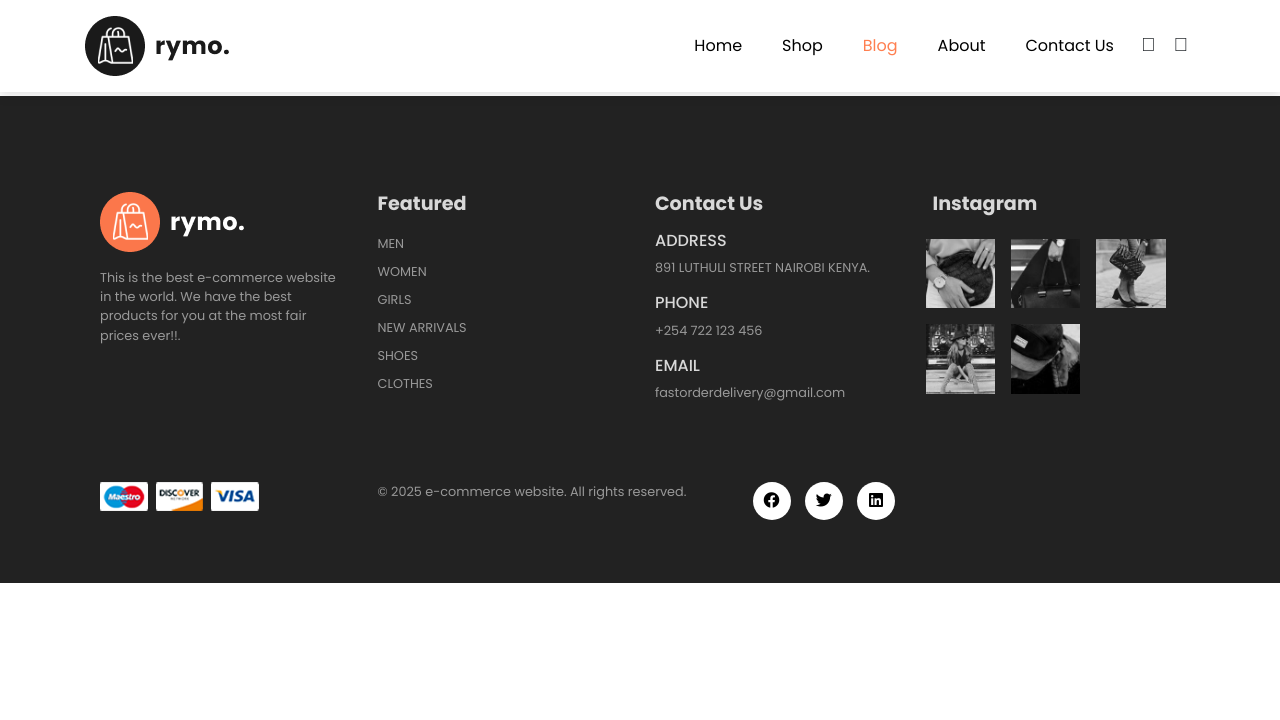
Repository: peter417waweru/e-commerce-UI
Page: blog.html
An editor plug-in stored every save of this project. The page is shown before and after the next save, followed by the edit.
The browser window is 1280 px wide. The pictures show the whole page.
Some web libraries are served in a nearby version.

Above is the page before, as saved 2025-02-09 07:31:08.

After the next save:
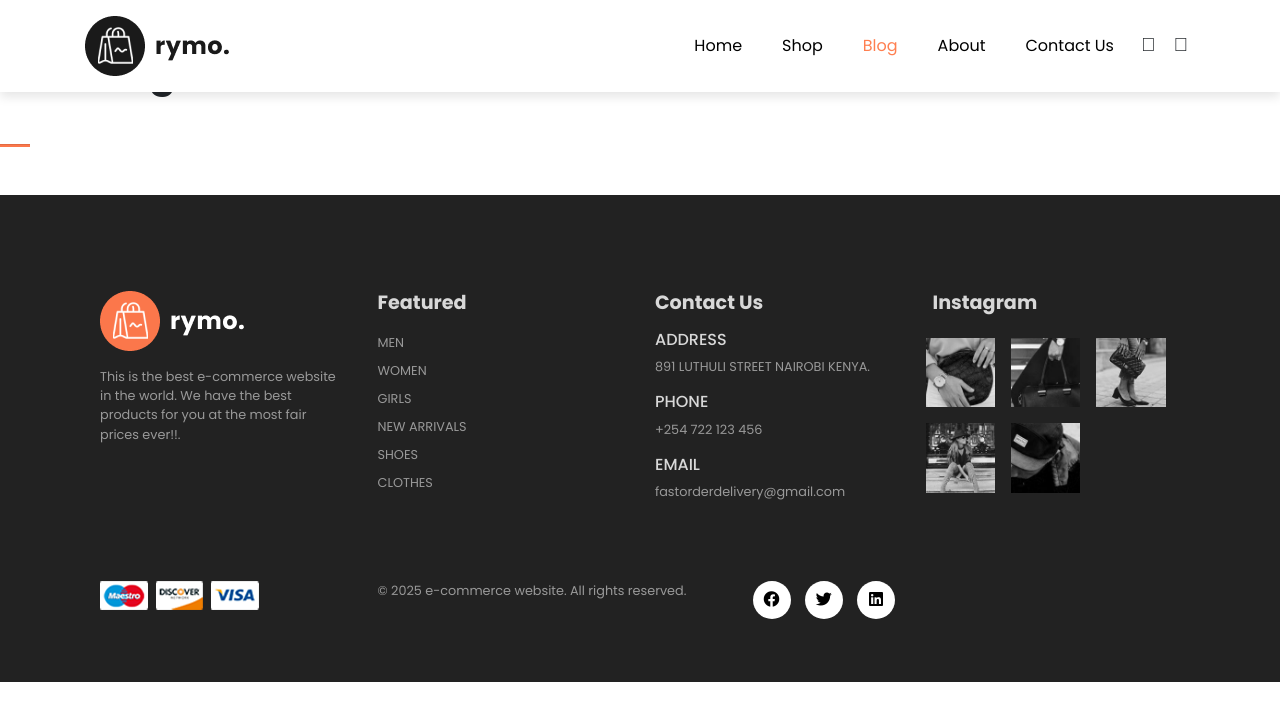
Saved 78 s later.
--- a/blog.html
+++ b/blog.html
@@ -56,7 +56,8 @@
         </nav>
 
         <section id="blog-home">
-            <h1><span>Best Prices</span>This Year</h1>
+            <h1 class="container my-5">Blog</h1>
+            <hr>
         </section>
 
 
